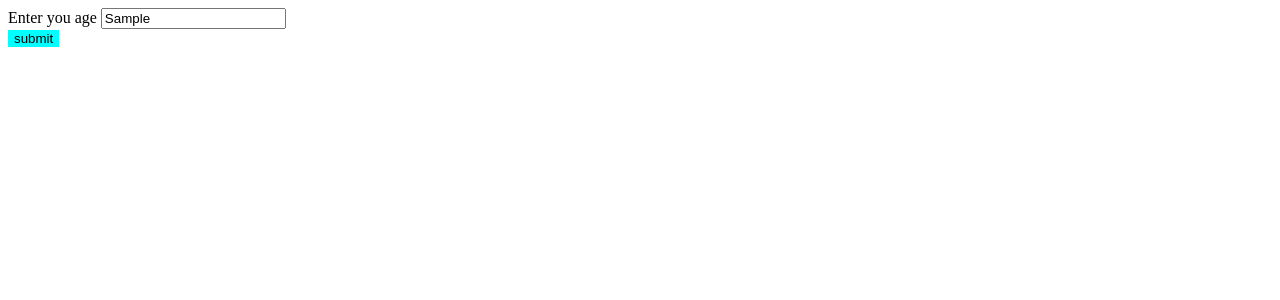
Repository: albinsabu2023/Stopwatch-program
Page: index.html
These files come from the project's save history. The page is drawn as it stood at one moment and after the next save; the edit follows.
The browser window is 1280 px wide. The pictures show the whole page.
Empty fields were first filled with sample values (such as "Sample", 5 or name@example.com).
After loading, the first visible `#submit` was clicked once.

Above is the page before, as saved 2023-03-03 09:41:59.
Console error: TypeError: Cannot set properties of null (setting 'innerHTML')

### index.html
<!DOCTYPE html>

<head>
    <meta charset="UTF-8">
    <meta http-equiv="X-UA-Compatible" content="IE=edge">
    <meta name="viewport" content="width=device-width, initial-scale=1.0">
    <link rel="stylesheet" href="style.css">
    <title>Document</title>
</head>
    <label>Enter you age</label>
    <input type="text" id="text"><br>
    <label id="ans"></label>
    <button type="submit" id="submit">submit</button>


    <script src="index.js"></script>
</body>
</html>

### style.css
.c-1{
    padding: 30px;
    border: 2px solid gray;
    border-radius: 5px;
    background-color: aquamarine;
}
#cel,#far{
    margin-bottom: 20px;
}
#submit{
    background-color: blanchedalmond;
    border:none;
    display: felx;
    background-color: aqua;

}
#submit:hover{
    background-color: blue;

}

### index.js
document.getElementById("submit").onclick = function () {
  var age = document.getElementById("text").ariaValueMax;
  if (age < 18) {
    document.getElementById("label").innerHTML = "youre";
  } else {
    document.getElementById("label").innerHTML = "nop you cant";
  }
  //13else ();
};

After the next save:
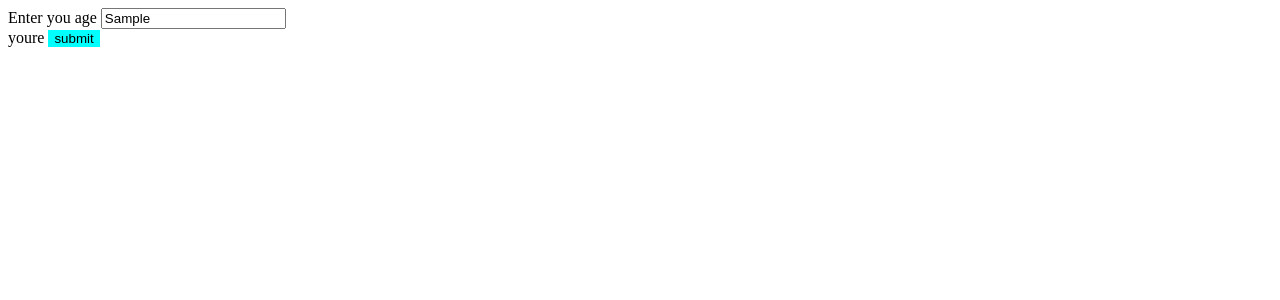
The error is gone.
Saved 37 s later.
--- a/index.js
+++ b/index.js
@@ -1,9 +1,9 @@
 document.getElementById("submit").onclick = function () {
   var age = document.getElementById("text").ariaValueMax;
   if (age < 18) {
-    document.getElementById("label").innerHTML = "youre";
+    document.getElementById("ans").innerHTML = "youre";
   } else {
-    document.getElementById("label").innerHTML = "nop you cant";
+    document.getElementById("ans").innerHTML = "nop you cant";
   }
   //13else ();
 };
